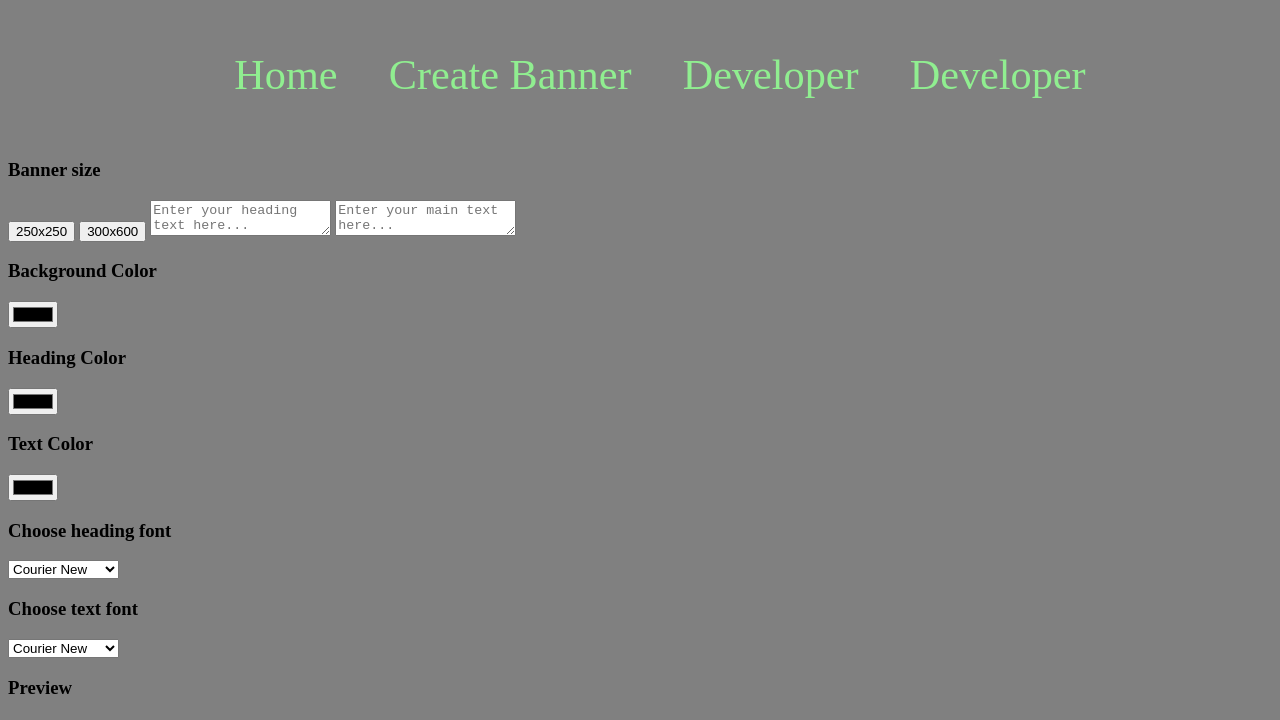
Repository: Yuravolontir/--Baner-Editor--
Page: banner.html
The author's editor kept a copy of each file at every save. The page is drawn from the files as they stood at one save, then again after the next save.
The browser window is 1280 px wide. The pictures show the whole page.

Above is the page before, as saved 2025-07-15 19:42:26.

After the next save:
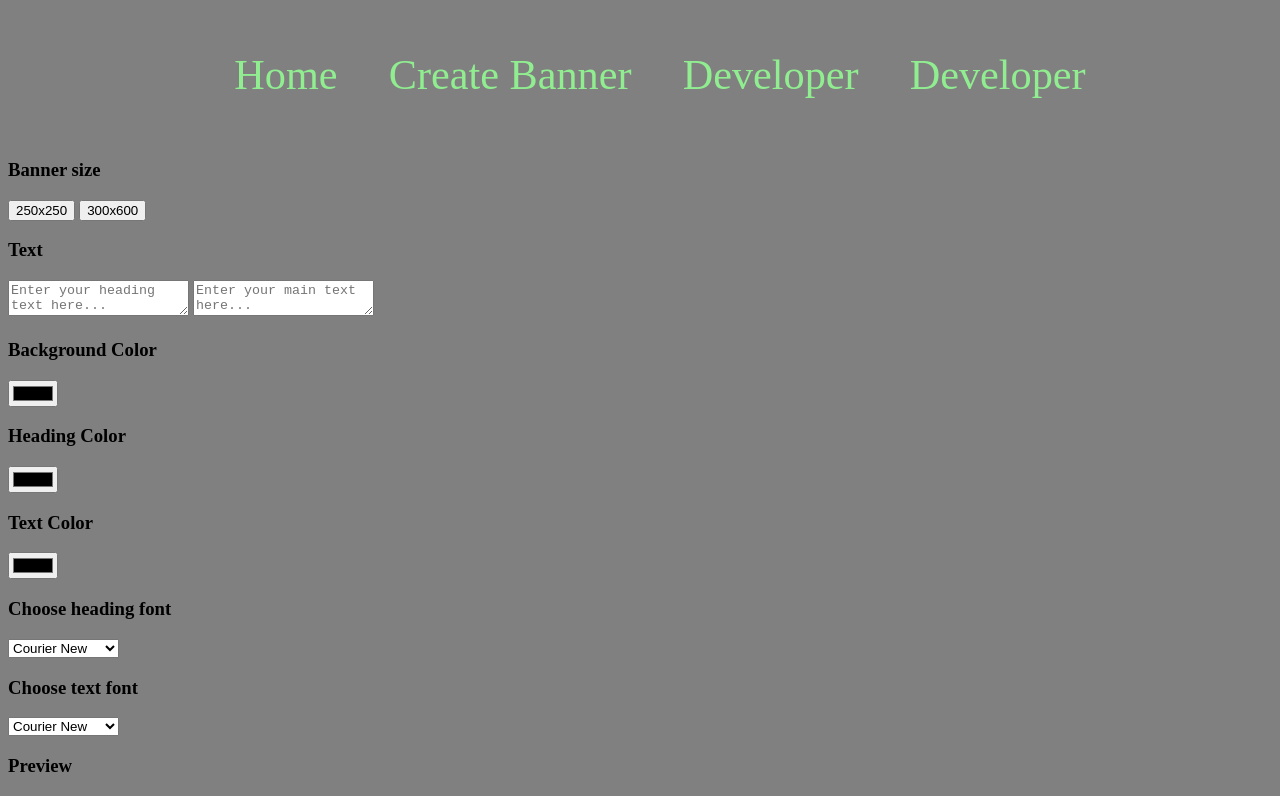
Saved 4 min 13 s later.
--- a/banner.html
+++ b/banner.html
@@ -23,6 +23,7 @@
 <h3>Banner size</h3>
 <button id="250X250">250x250</button>
 <button id="300X600">300x600</button>
+<h3>Text</h3>
 <textarea id="bannerHeading" placeholder="Enter your heading text here..."></textarea>
 <textarea id="bannerText" placeholder="Enter your main text here..."></textarea>
 <h3>Background Color</h3>
